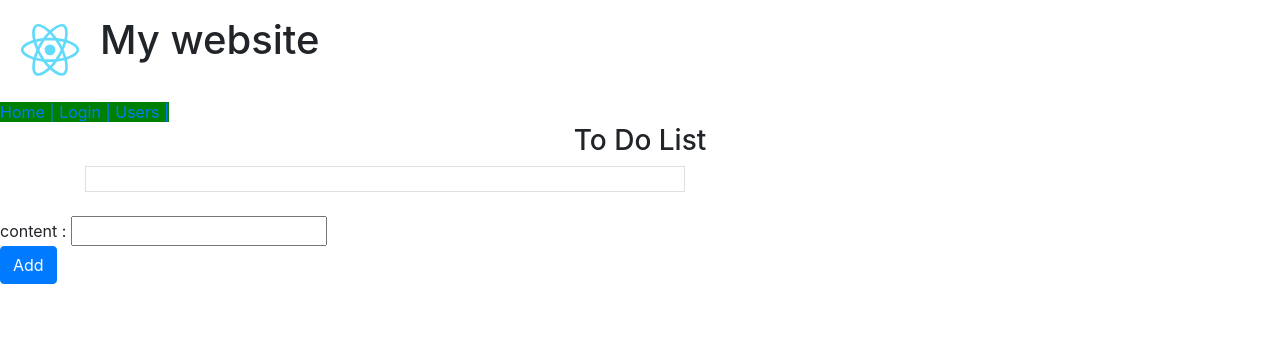
Repository: Marwa-Medhat/ReactJS-Labs
Page: / (app in myapp/), after clicking the first element matching `button.btn`
The author's editor kept a copy of each file at every save. The page is drawn from the files as they stood at one save, then again after the next save.
The browser window is 1280 px wide. The pictures show the whole page.
The project was rebuilt for these pictures with package versions that can differ from the ones it lists, and the page was loaded fresh each time.

Above is the page before, as saved 2021-04-28 20:23:45.

### myapp/src/index.js
import React from 'react';
import ReactDOM from 'react-dom';
import './index.css';
// import App from './App';
import App from './App3';
import reportWebVitals from './reportWebVitals';

ReactDOM.render(
    <App />,
  document.getElementById('root')
);

// If you want to start measuring performance in your app, pass a function
// to log results (for example: reportWebVitals(console.log))
// or send to an analytics endpoint. Learn more: https://bit.ly/CRA-vitals
reportWebVitals();

### myapp/src/App3.js
import React from "react";
import logo from './logo.svg';

import {
  BrowserRouter as Router,
  Switch,
  Route,
  Link,
  useRouteMatch,
  useParams
} from "react-router-dom";

import {Header,Menu} from './Header2'
import Todo from './App2'

class App extends React.Component{
    constructor(){
        super();
        this.state = {
            items:[
            {
                text:"Home",
                link:"/home"
            },
            {
                text:"Login",
                link:"/login"
            },
            {
                text:"Users",
                link:"/users"
            },

        ]
    }
    }

    toggleActive=(text)=>{

        this.state.items.forEach((item)=>item.active=false);
        let item = this.state.items.find(x=>x.text==text);
        item.active = !item.active
        this.setState({items:this.state.items});
    }
    render(){
        return <Router>
            <Header title="My website" logo={logo} menu={this.state.items} toggleActive={this.toggleActive} />
            <Switch>
                <Route path="/users" >
                    <UserList />
                </Route>
                <Route path="/login" >
                    <Login />
                </Route>
                <Route path="/" >
                    <Todo />
                </Route>
            </Switch>
        </Router>
    }
}


class Home extends React.Component{
    render(){
        return <div>Home</div>;
    }
}




class UserList extends React.Component{

    constructor(){
        super();
        this.state={
            users:[],
            loading:false
        };
    }

    async componentDidMount(){
        this.setState({loading:true});
        setTimeout(async ()=>{


        let res= await fetch("https://reqres.in/api/users?page=2",{
            method:"GET",
            headers:{
                "content-type":"application/json"
            }
        });
        let resJson = await res.json();
        this.setState({users:resJson.data,loading: false});
    },5000)
    }

    render(){
        return <div>
            {!this.state.loading ? this.state.users.map((item)=>{
                return <UserView key={item.id}  user={item} />
            }): "Loading Users"}
        </div>
    }
}

class Login extends React.Component{

    constructor(){
        super();
        this.state={
            username:"",
            email:"",
            password:""
        }
    }

    setInputValue=(e)=>{
        this.setState({[e.target.name]:e.target.value});
    }

    login=async ()=>{
        let user = {
            email:this.state.email,
            password:this.state.password
        }
        let res= await fetch("https://reqres.in/api/login",{
            method:"POST",
            headers:{
                "content-type":"application/json"
            },
            body:JSON.stringify(user)
        });
        let resJson = await res.json();
        if(resJson.token){
            alert("Login success");
        }else{
            alert(resJson.error)
        }
    }

    render(){
        return <div>
            <h1>Login</h1>
            Username:<input type="text" value={this.state.username} onChange={this.setInputValue} name="username" /><br/>
            Password:<input type="password" value={this.state.password} onChange={this.setInputValue} name="password" /><br/>
            Email:<input type="email" value={this.state.email} onChange={(e)=>this.setState({email:e.target.value})} name="email" /><br/>
            <button onClick={this.login}>Login</button>
        </div>
    }
}

class UserView extends React.Component{
    constructor(){
        super();

    }

    render(){
        return <div>
            <img src={this.props.user.avatar} style={{width:100,height:100}} /><br/>
            <span>{this.props.user.first_name} {this.props.user.last_name}</span>
            <div>Email : {this.props.user.email}</div>
        </div>
    }
}



export default App;

### myapp/src/Header2.js
import React from 'react';
import PropTypes from 'prop-types';
import {Link} from "react-router-dom";
class Header extends React.Component{

    render(){
        let h1Style={
            display:"inline-block"
        }

        return <div>
            <img style={{width:100,height:100}} src={this.props.logo} />
            <h1 style={h1Style} >{this.props.title}</h1>
            <Menu items={this.props.menu} toggleActive={this.props.toggleActive} />
        </div>
    }
}

Header.defaultProps ={
    title:"Website Title"
}

Header.propTypes = {
    title:PropTypes.string
}

class Menu extends React.Component{

    constructor(props){
        super();

    }

    render(){
        return <div>
            {this.props.items.map((item,i)=>{
                return <Link key={item.text} style={{backgroundColor:item.active?"red":"green"}} onClick={()=>this.props.toggleActive(item.text)} to={item.link} > {item.text} |</Link>
            })}
        </div>
    }
}

Menu.defaultProps={
    items:[]
}

export {Header,Menu};

### myapp/src/App2.js
import React from 'react';
import 'bootstrap/dist/css/bootstrap.min.css'
import { ListGroup } from 'react-bootstrap';

class Todo extends React.Component{

    constructor(){
        super();
        this.state={
            contents:[]
        }
    }

    componentDidMount(){
        if(localStorage["contents"]){
        let contents = JSON.parse(localStorage["contents"])
        this.setState({contents:contents})
        }
    }
    saveToLocalStorage=()=>{
        localStorage["contents"] = JSON.stringify(this.state.contents);
    }

    addContent=(content)=>{
        this.state.contents.push(content);
        this.setState({contents:this.state.contents});
        this.saveToLocalStorage();
    }




    render(){
        return <div>
            <h3 style={{textAlign:"center",}}>To Do List</h3>
            <div className="container center" >
            <DisplayTasks contents={this.state.contents} /><br/>
            </div>
            <AddTask style={{textAlign:"center",}}addContent={this.addContent} />
        </div>
    }

}


class AddTask extends React.Component{

    constructor(props){
        super();
        this.state={
            content:"",

        }
    }

    addContent=()=>{
        let content = {
            content:this.state.content,
        }

        this.props.addContent(content);
    }


    render(){
        return <div>
            content : <input type="text" value={this.state.content} onChange={(e)=>this.setState({content:e.target.value})} />
           <br/> <button onClick={this.addContent} className="btn btn-primary " style={{ marginRight: 50,}}>Add</button>
        </div>
    }
}


class DisplayTasks extends React.Component{
    render(){
        return <div class="list-group ">
            {this.props.contents.length > 0 ?this.props.contents.map((item)=>{
                return <DisplayTask content={item} key={item.content} />
            }):"Empty"}
        </div>
    }
}

DisplayTasks.defaultProps={
    contents:[]
}

class DisplayTask extends React.Component{

    render(){
        return <div>
    <a href="#" class="list-group-item list-group-item-action " style={{width:600, textAlign:"center"}}><i className="bi bi-x-square-fill" >{this.props.content.content}</i></a>


        </div>
    }
}
export default Todo;

Loaded but not shown: myapp/public/index.html (common file); myapp/src/index.css (common file); myapp/src/reportWebVitals.js (common file)

After the next save:
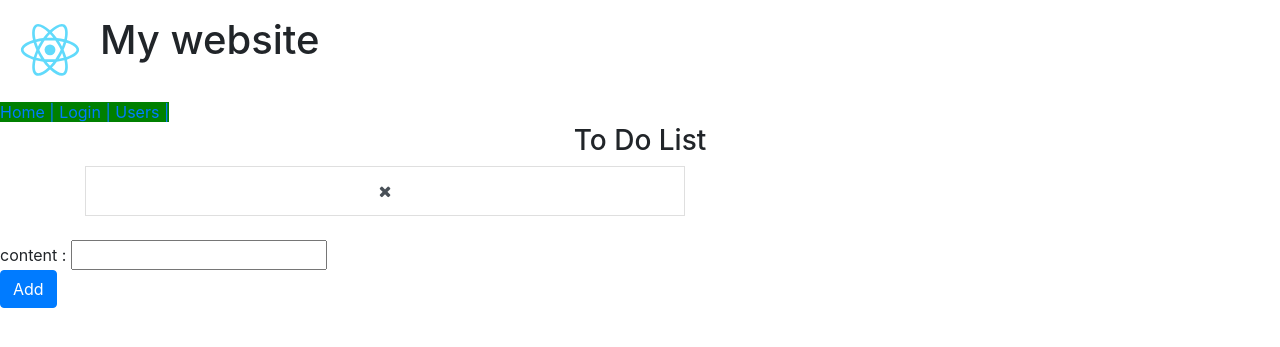
Saved 6 min 58 s later.
--- a/myapp/src/App2.js
+++ b/myapp/src/App2.js
@@ -1,9 +1,10 @@
 import React from 'react';
 import 'bootstrap/dist/css/bootstrap.min.css'
 import { ListGroup } from 'react-bootstrap';
+<link rel="stylesheet" href="https://cdn.jsdelivr.net/npm/bootstrap-icons@1.4.1/font/bootstrap-icons.css"></link>
+import 'font-awesome/css/font-awesome.min.css';
 
 class Todo extends React.Component{
-
     constructor(){
         super();
         this.state={
@@ -89,7 +90,7 @@ class DisplayTask extends React.Component{
 
     render(){
         return <div>
-    <a href="#" class="list-group-item list-group-item-action " style={{width:600, textAlign:"center"}}><i className="bi bi-x-square-fill" >{this.props.content.content}</i></a>
+    <a href="#" class="list-group-item list-group-item-action " style={{width:600, textAlign:"center"}}><i className="fa fa-times" >{this.props.content.content}</i></a>
 
 
         </div>
